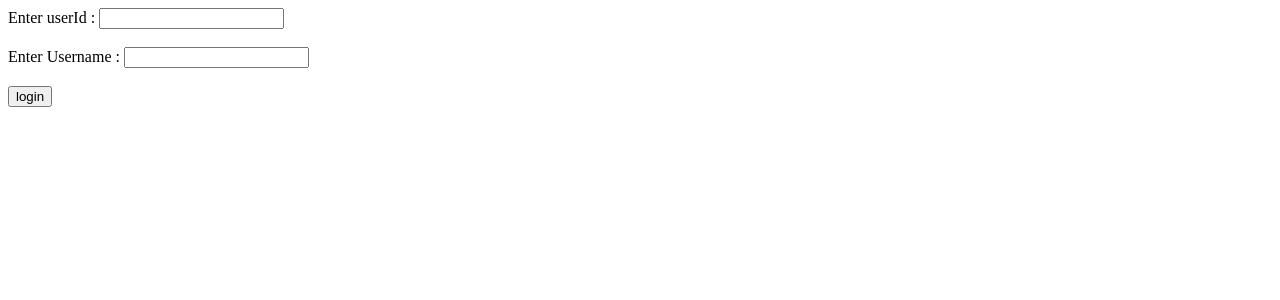
Repository: SriMerla/ServletsAndJsps
Page: http://localhost/WebApplicationProject/roles.jsp
The author's editor kept a copy of each file at every save. The page is drawn from the files as they stood at one save, then again after the next save.
The browser window is 1280 px wide. The pictures show the whole page.
The page is served by Tomcat 9.

Above is the page before, as saved 2020-01-29 23:06:26.

After the next save:
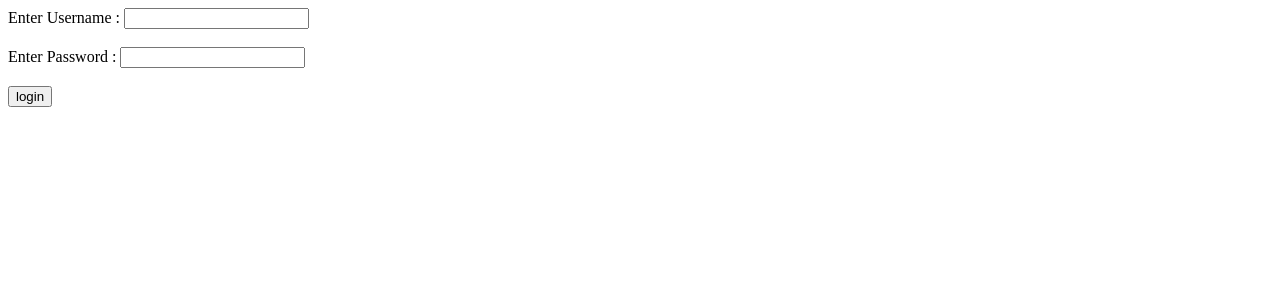
Saved 4 h 10 min later.
--- a/Servlets/WebApplicationProject/WebContent/roles.jsp
+++ b/Servlets/WebApplicationProject/WebContent/roles.jsp
@@ -10,9 +10,8 @@
 <body>
 
        <form action="roles">
-
-   Enter userId : <input type="password" name="userId"><br><br>
    Enter Username : <input type="text" name="username"><br><br>
+   Enter Password : <input type="password" name="password"><br><br>
    <input type="submit" value="login">
 
   </form>
